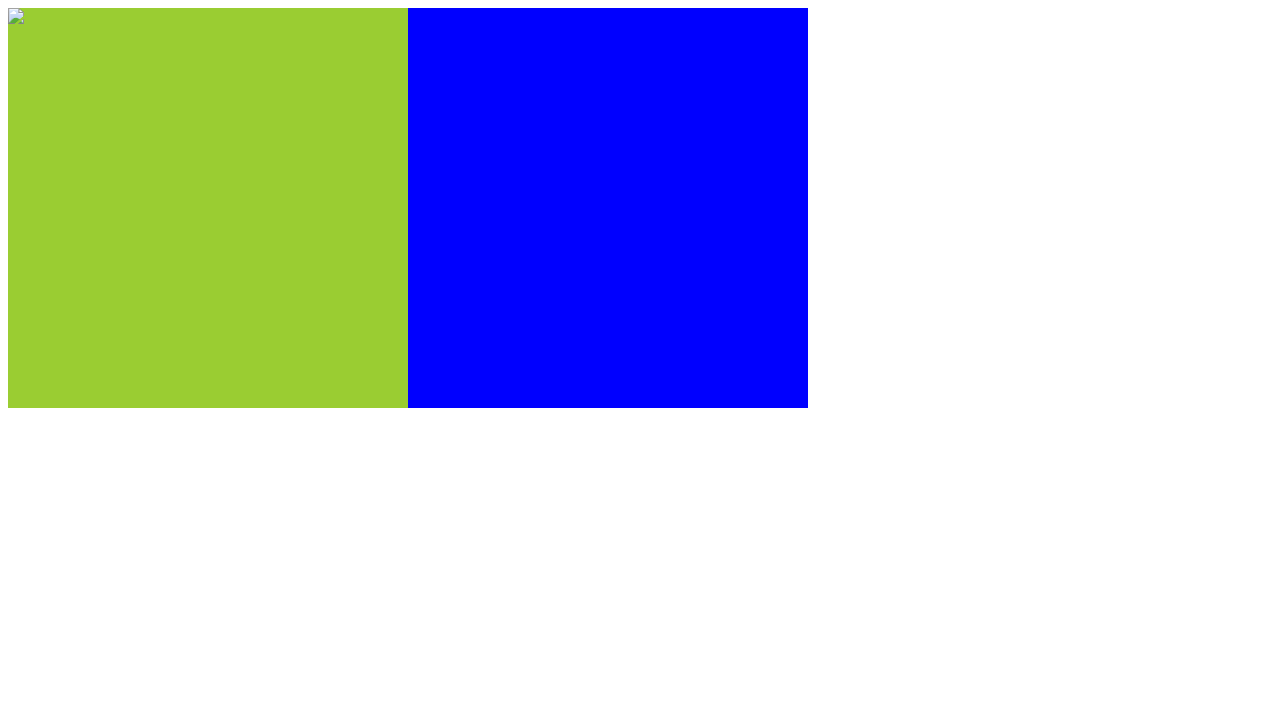
Repository: Tobby004/bdc-assignment-3
Page: task.html
An editor plug-in stored every save of this project. The page is shown before and after the next save, followed by the edit.
The browser window is 1280 px wide. The pictures show the whole page.

Above is the page before, as saved 2023-02-21 08:18:21.
Not found: diprella.png

### task.html
<!DOCTYPE html>
<html lang="en">
<head>
    <meta charset="UTF-8">
    <meta http-equiv="X-UA-Compatible" content="IE=edge">
    <meta name="viewport" content="width=device-width, initial-scale=1.0">
    <title>Document</title>
    <link rel="stylesheet" href="task.css">
</head>
<body>
    <div class="box-container">
        <div class="box1">
            <header id="logo"><img src="diprella.png" height="40px"</header>

        </div>

        <div class="box2">

        </div>


    </div>
</body>
</html>

### task.css
* {
    box-sizing: border-box;
}

.box-container {
display: flex;
}
.box1 {
    background-color: yellowgreen;
    display: flex;
    width: 400px;
    height: 400px;
}
.box2 {
    background-color: blue;
    height: 400px;
    width: 400px;
}

After the next save:
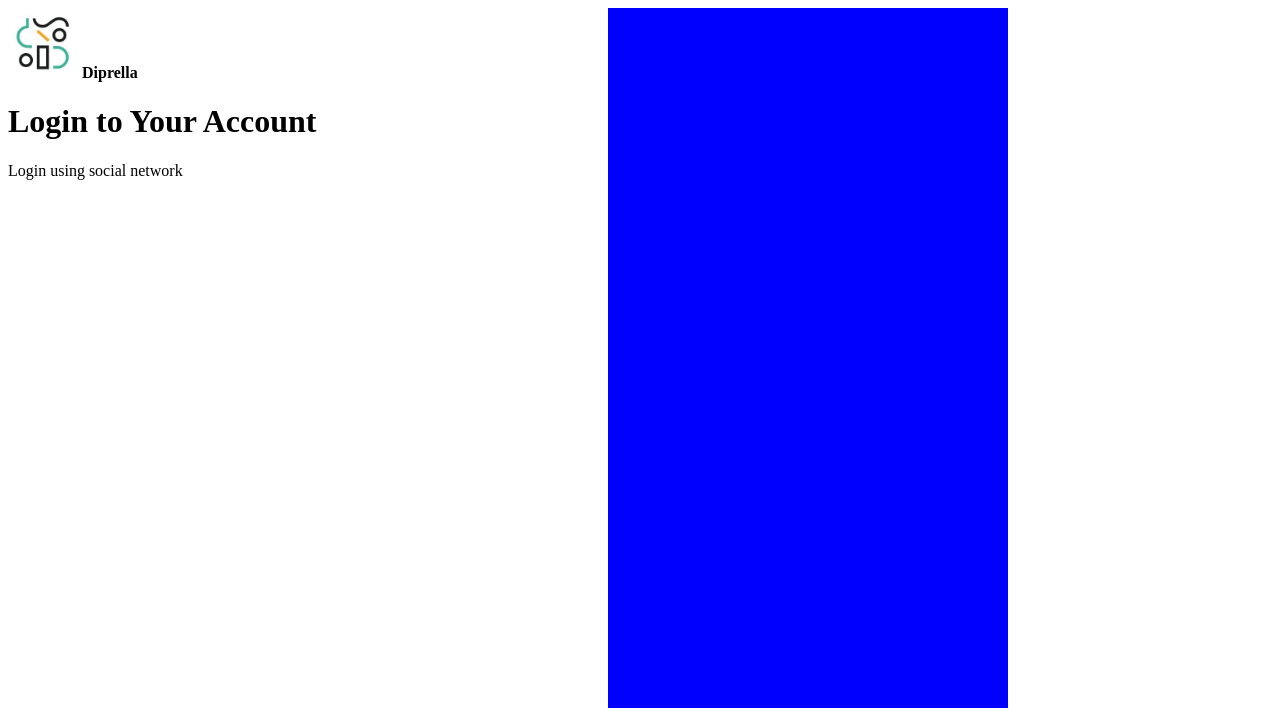
Saved 18 min 4 s later.
--- a/task.html
+++ b/task.html
@@ -10,8 +10,10 @@
 <body>
     <div class="box-container">
         <div class="box1">
-            <header id="logo"><img src="diprella.png" height="40px"</header>
-
+       <header id="logo"><img src="diprella.JPG" alt="diprella"</header>
+       <b>Diprella</b>
+      <h1>Login to Your Account</h1>
+      <p>Login using social network</p>
         </div>
 
         <div class="box2">
--- a/task.css
+++ b/task.css
@@ -6,13 +6,19 @@
 display: flex;
 }
 .box1 {
-    background-color: yellowgreen;
+    background-color: white;
     display: flex;
-    width: 400px;
-    height: 400px;
+    width: 600px;
+    height: 700px;
 }
 .box2 {
     background-color: blue;
-    height: 400px;
+    height: 700px;
     width: 400px;
 }
+header img {
+    height: 70px;
+}
+div b {
+    color: black;
+}
